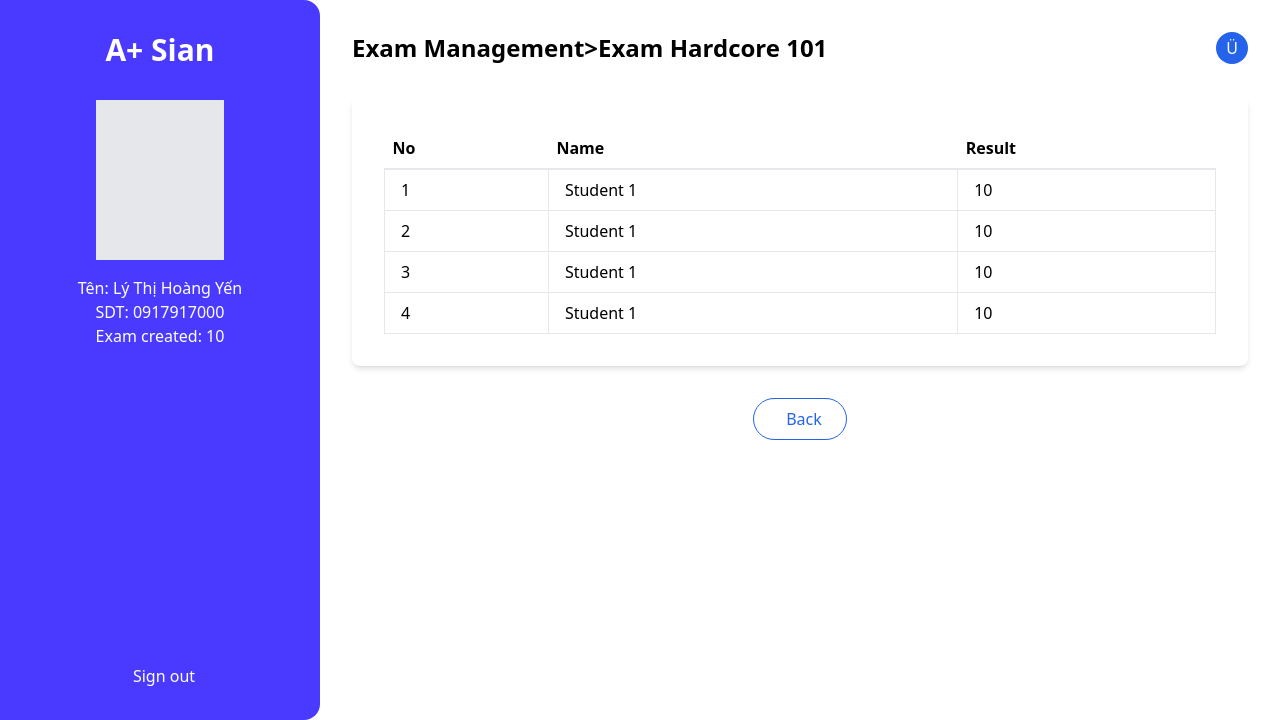
Repository: LyThiHoangYen/A_client
Page: / (app in online-exam-system-frontend/)
The author's editor kept a copy of each file at every save. The page is drawn from the files as they stood at one save, then again after a run of saves.
The browser window is 1280 px wide. The pictures show the whole page.
The project was rebuilt for these pictures with package versions that can differ from the ones it lists, and the page was loaded fresh each time.

Above is the page before, as saved 2024-10-23 14:18:06.

### online-exam-system-frontend/src/App.js
import Sidebar from "./components/sideBar";
import ExamManagementDashBoard from "./pages/examManagementDashboard";
function App() {
  return (
    <div className="flex h-screen">
      <Sidebar />
      <ExamManagementDashBoard />
    </div>
  );
}

export default App;

### online-exam-system-frontend/src/components/sideBar.js
import UserProfile from "./userProfile";
function Sidebar () {
  return (
    <div className="bg-[#4a3aff] text-white w-1/4 p-8 flex flex-col items-center rounded-tr-2xl rounded-br-2xl">
      <div className="text-3xl font-bold mb-8">A+ Sian</div>
      <UserProfile
        name="Lý Thị Hoàng Yến"
        phone="0917917000"
        examsCreated={10}
      />
      <button className="mt-auto flex items-center text-white">
        <i className="fas fa-sign-out-alt mr-2"></i> Sign out
      </button>
    </div>
  );
  };

export default Sidebar;

### online-exam-system-frontend/src/pages/examManagementDashboard.js
import Header from "../components/header";
import ResultsTable from "../components/resultsTable";
import BackButton from "../components/backButton";

function ExamManagementDashBoard () {
    const studentData = [
      { name: "Student 1", result: 10 },
      { name: "Student 1", result: 10 },
      { name: "Student 1", result: 10 },
      { name: "Student 1", result: 10 },
    ];

    return (
      <div className="flex-1 p-8">
        <Header />
        <ResultsTable students={studentData} />
        <BackButton />
      </div>
    );
  };

export default ExamManagementDashBoard;

### online-exam-system-frontend/src/components/userProfile.js
function UserProfile ({ name, phone, examsCreated }){
    return (
        <div className="text-center mb-8">
        <div className="bg-gray-200 w-32 h-40 mb-4 mx-auto"/>
        <p>Tên: {name}</p>
        <p>SDT: {phone}</p>
        <p>Exam created: {examsCreated}</p>
        </div>
    );
}

  export default UserProfile;

### online-exam-system-frontend/src/components/header.js
function Header () {
    return (
        <div className="flex justify-between items-center mb-8">
        <h1 className="text-2xl font-bold">Exam Management&gt;Exam Hardcore 101</h1>
        <div className="flex items-center space-x-4">
          <i className="fas fa-bell text-blue-600 text-xl"></i>
          <div className="bg-blue-600 text-white rounded-full w-8 h-8 flex items-center justify-center">
            Ü
          </div>
        </div>
      </div>
    );
  };

export default Header;

### online-exam-system-frontend/src/components/resultsTable.js
import StudentRow from "./studentRow";
function ResultsTable ({ students }) {
    return (
        <div className="bg-white p-8 rounded-lg shadow-md">
        <table className="w-full text-left">
            <thead>
            <tr>
                <th className="border-b-2 p-2">No</th>
                <th className="border-b-2 p-2">Name</th>
                <th className="border-b-2 p-2">Result</th>
            </tr>
            </thead>
            <tbody>
            {students.map((student, index) => (
                <StudentRow
                key={index + 1}
                number={index + 1}
                name={student.name}
                result={student.result}
                />
            ))}
            </tbody>
        </table>
        </div>
    );
};

export default ResultsTable;

### online-exam-system-frontend/src/components/backButton.js
function BackButton() {
  return (
    <div className="mt-8 flex justify-center">
    <button className="bg-white text-blue-600 border border-blue-600 rounded-full px-6 py-2 flex items-center">
      <i className="fas fa-arrow-left mr-2"></i> Back
    </button>
  </div>
  );
}

export default BackButton;

### online-exam-system-frontend/src/components/studentRow.js
function StudentRow ({number, name, result}) {
    return (
        <tr>
            <td className="border px-4 py-2">{number}</td>
            <td className="border px-4 py-2">{name}</td>
            <td className="border px-4 py-2">{result}</td>
        </tr>
    );
}

export default StudentRow;

### online-exam-system-frontend/src/components/button.js
function Button({ text }) {
  return (
    <div className="mt-8 flex justify-center">
    <button className="bg-white text-blue-600 border border-blue-600 rounded-full px-6 py-2 flex items-center">
      <i className="fas fa-arrow-left mr-2"></i> {text}
    </button>
  </div>
  );
}

export default Button;

Loaded but not shown: online-exam-system-frontend/public/index.html (common file); online-exam-system-frontend/src/index.js (common file); online-exam-system-frontend/src/index.css (common file); online-exam-system-frontend/tailwind.config.js (common file)

After the next 2 saves:
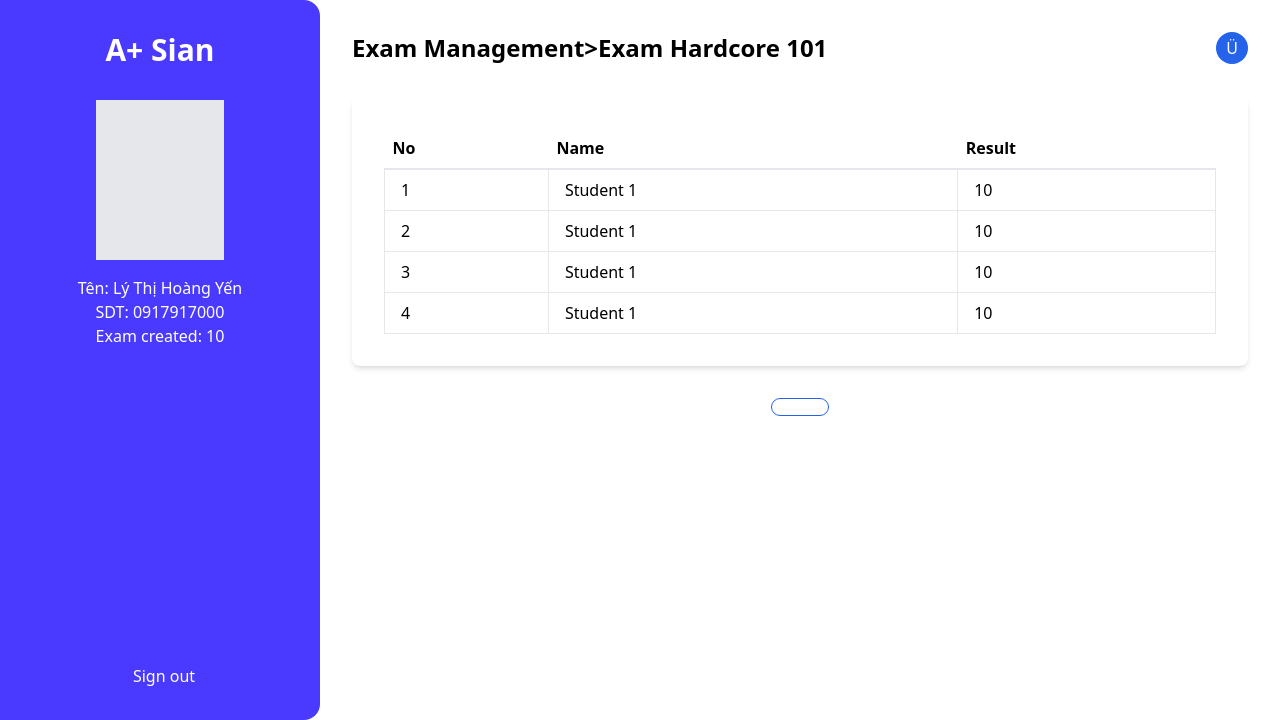
The 2 saves are shown as one change because 1 did not build or start.
The last was saved 13 s later.
--- a/online-exam-system-frontend/src/pages/examManagementDashboard.js
+++ b/online-exam-system-frontend/src/pages/examManagementDashboard.js
@@ -1,6 +1,6 @@
 import Header from "../components/header";
 import ResultsTable from "../components/resultsTable";
-import BackButton from "../components/backButton";
+import Button from "../components/Button";
 
 function ExamManagementDashBoard () {
     const studentData = [
@@ -14,7 +14,7 @@ function ExamManagementDashBoard () {
       <div className="flex-1 p-8">
         <Header />
         <ResultsTable students={studentData} />
-        <BackButton />
+        <Button />
       </div>
     );
   };
